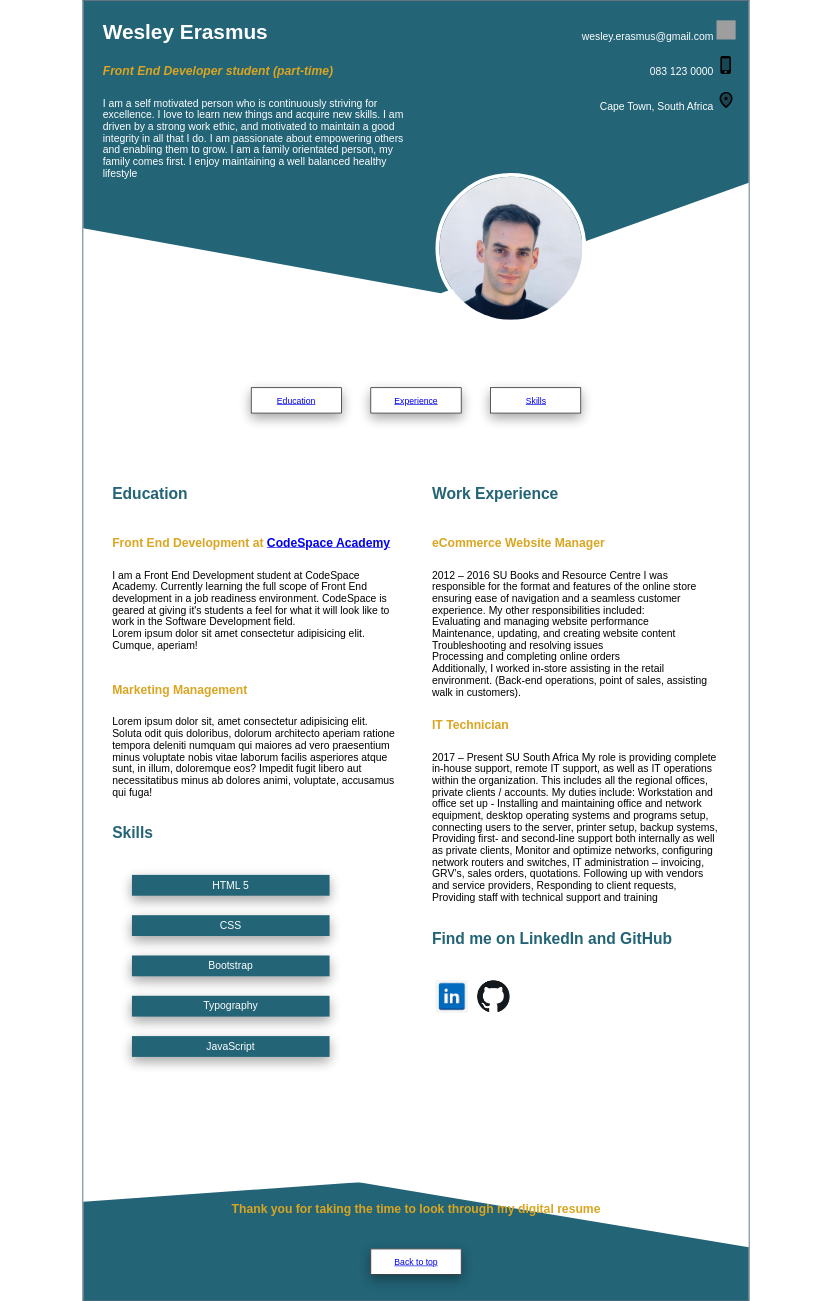
Repository: WesleyErasmus/myDigitalResume
Page: Resume-Projec-3/index.html
The author's editor kept a copy of each file at every save. The page is drawn from the files as they stood at one save, then again after the next save.
The browser window is 1280 px wide. The pictures show the whole page, at 65% of full size.
Pictures or frames that could not be fetched are drawn as grey boxes.

Above is the page before, as saved 2022-02-12 23:10:39.

After the next save:
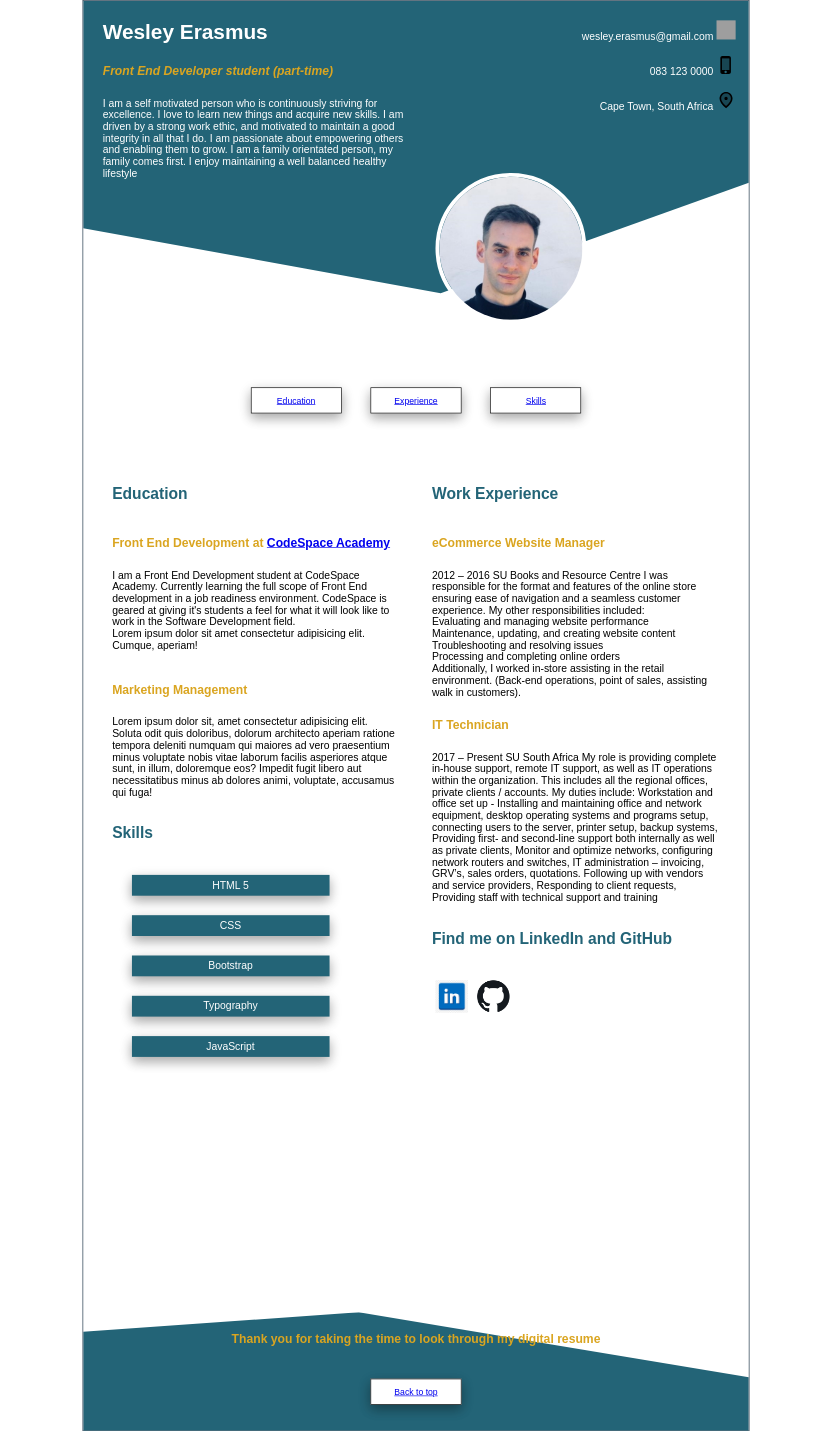
Saved 62 s later.
--- a/Resume-Projec-3/styles.css
+++ b/Resume-Projec-3/styles.css
@@ -6,7 +6,7 @@
 body {
     position: relative;
   max-width: 1024px;
-  height: 2000px;
+  height: 2200px;
   margin: 0 auto;
   border: 1px solid #173042;
 }

After the save that followed:
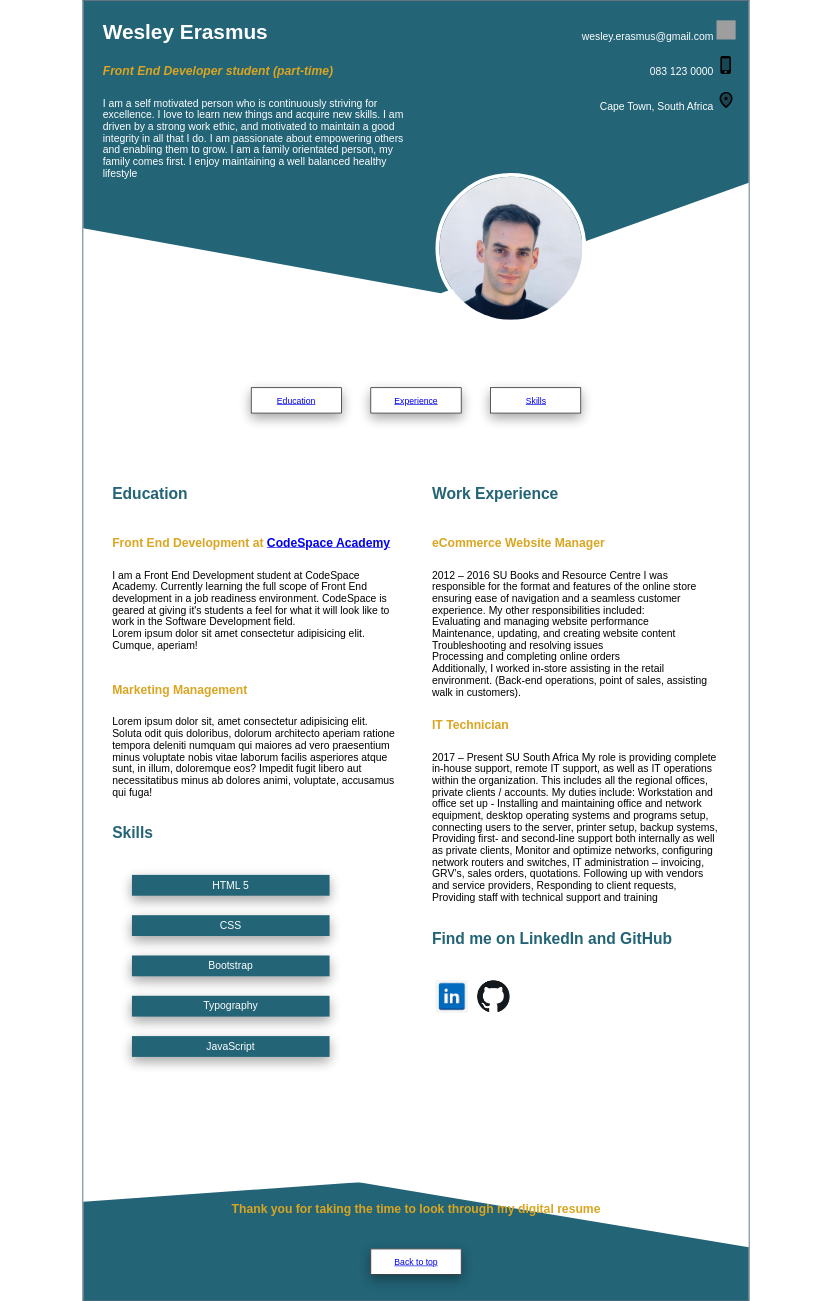
Saved 9 s later.
--- a/Resume-Projec-3/styles.css
+++ b/Resume-Projec-3/styles.css
@@ -6,7 +6,7 @@
 body {
     position: relative;
   max-width: 1024px;
-  height: 2200px;
+  height: 2000px;
   margin: 0 auto;
   border: 1px solid #173042;
 }
